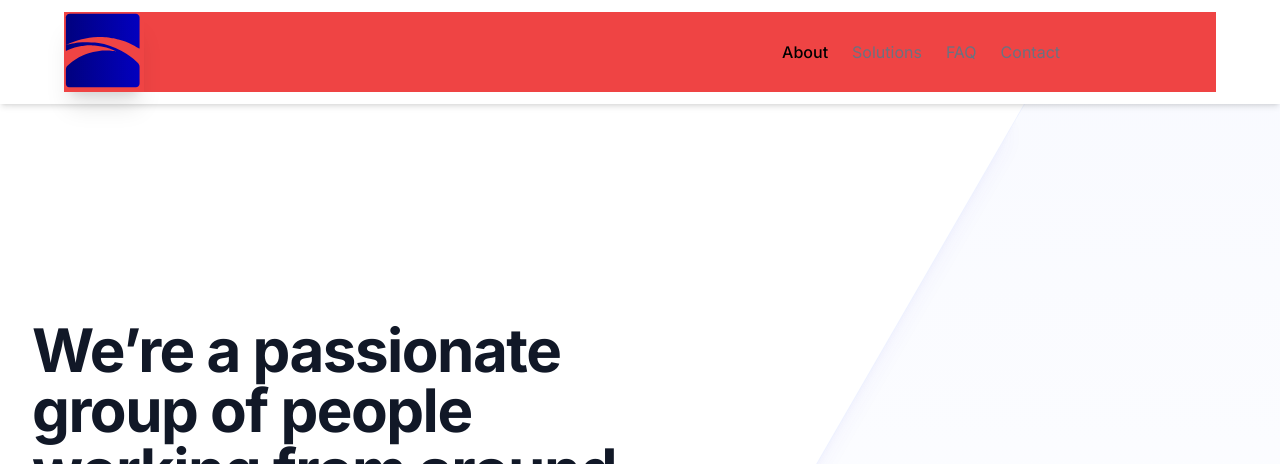
Repository: BridgeBuilderUser/bridge-builder
Page: /about
An editor plug-in stored every save of this project. The page is shown before and after the next save, followed by the edit.
The browser window is 1280 px wide. The pictures show the part of the page from y = 0 to 464 px (the page is 5177 px tall).
Pictures or frames that could not be fetched are drawn as grey boxes. The project was rebuilt for these pictures with package versions that can differ from the ones it lists, and the page was loaded fresh each time. The framework's server and built-in components were replaced by stand-ins that run in the browser. Also part of the build but not shown: next.config.js.

Above is the page before, as saved 2023-09-11 01:39:00.

### src/app/layout.tsx
import "./globals.css";
import type { Metadata } from "next";
import { Inter } from "next/font/google";
import { AppProvider } from "@/AppProvider";
import Navigation from "@/Navigation";
import Footer from "@/Footer";

const inter = Inter({ subsets: ["latin"] });

export const metadata: Metadata = {
  title: "Create Next App",
  description: "Generated by create next app",
};

export default function RootLayout({
  children,
}: {
  children: React.ReactNode;
}) {
  return (
    <html lang="en">
      <body className={inter.className}>
        <AppProvider>
          <div className="bg-white">
            <Navigation />
            {children}
            <Footer />
          </div>
        </AppProvider>
      </body>
    </html>
  );
}

### src/app/globals.css
@tailwind base;
@tailwind components;
@tailwind utilities;

:root {
  --foreground-rgb: 0, 0, 0;
  --background-start-rgb: 214, 219, 220;
  --background-end-rgb: 255, 255, 255;
}

@media (prefers-color-scheme: dark) {
  :root {
    --foreground-rgb: 255, 255, 255;
    --background-start-rgb: 0, 0, 0;
    --background-end-rgb: 0, 0, 0;
  }
}

body {
  color: rgb(var(--foreground-rgb));
  background: linear-gradient(
      to bottom,
      transparent,
      rgb(var(--background-end-rgb))
    )
    rgb(var(--background-start-rgb));
}


input {
  @apply bg-gray-300 rounded-xl p-1 text-black h-[46px] w-full;
}

.hero {
  background-color: hsl(206, 27%, 38%);
  background-blend-mode: multiply;
}

### src/app/components/AppProvider.tsx
import { ThemeProvider } from "@/store/Theme";

export function AppProvider({ children }: { children: React.ReactNode }) {
  return (
    <ThemeProvider>
      {children}
    </ThemeProvider>
  );
}

### src/app/components/Navigation.tsx
"use client";
import { Popover, Transition } from "@headlessui/react";
import { Fragment } from "react";
import { classNames } from "@/lib/functions";
import {
  ChevronDownIcon,
  Bars3Icon,
  ChatBubbleBottomCenterTextIcon,
  ChatBubbleLeftRightIcon,
  InboxIcon,
  QuestionMarkCircleIcon,
  XMarkIcon,
} from "@heroicons/react/24/outline";

import Logo from "./Logo";

import { NavLink } from "./NavLink";

export default function Navigation() {
  const links = [
    { name: "About", href: "/about" },
    {
      name: "Solutions",
      href: "/solutions",
      dropdown: [
        {
          name: "Inbox",
          description:
            "Get a better understanding of where your traffic is coming from.",
          href: "#",
          icon: InboxIcon,
        },
        {
          name: "Messaging",
          description:
            "Speak directly to your customers in a more meaningful way.",
          href: "#",
          icon: ChatBubbleBottomCenterTextIcon,
        },
        {
          name: "Live Chat",
          description: "Your customers' data will be safe and secure.",
          href: "#",
          icon: ChatBubbleLeftRightIcon,
        },
        {
          name: "Knowledge Base",
          description:
            "Connect with third-party tools that you're already using.",
          href: "#",
          icon: QuestionMarkCircleIcon,
        },
      ],
    },
    // { name: "Blog", href: "#" },
    { name: "FAQ", href: "/faq" },
    { name: "Contact", href: "/contact" },
  ];
  return (
    <header className="flex items-center justify-center p-3 sticky top-0 z-50 bg-white shadow-md w-full">
      <div className="flex w-full max-w-[90vw] bg-red-500">
        <div className="w-1/6">
          <Logo size="w-[80px]" />
        </div>
        <nav className=" w-full flex items-center justify-end">
          <ul className="flex items-center justify-end">
            {links.map((link) => (
              <li key={link.name}>
                <NavLink {...link} />
              </li>
            ))}
          </ul>
        </nav>
        <div className="w-1/6"></div>
      </div>
    </header>
  );
}

### src/app/components/Footer.tsx

import Logo from './Logo'
export default function Footer() {
    const footerNavigation = {
        solutions: [
          { name: 'Marketing', href: '#' },
          { name: 'Analytics', href: '#' },
          { name: 'Commerce', href: '#' },
          { name: 'Insights', href: '#' },
        ],
        support: [
          { name: 'Pricing', href: '#' },
          { name: 'Documentation', href: '#' },
          { name: 'Guides', href: '#' },
          { name: 'API Status', href: '#' },
        ],
        company: [
          { name: 'About', href: '#' },
          { name: 'Blog', href: '#' },
          { name: 'Jobs', href: '#' },
          { name: 'Press', href: '#' },
          { name: 'Partners', href: '#' },
        ],
        legal: [
          { name: 'Claim', href: '#' },
          { name: 'Privacy', href: '#' },
          { name: 'Terms', href: '#' },
        ],
        social: [
          {
            name: 'Facebook',
            href: '#',
            icon: (props) => (
              <svg fill="currentColor" viewBox="0 0 24 24" {...props}>
                <path
                  fillRule="evenodd"
                  d="M22 12c0-5.523-4.477-10-10-10S2 6.477 2 12c0 4.991 3.657 9.128 8.438 9.878v-6.987h-2.54V12h2.54V9.797c0-2.506 1.492-3.89 3.777-3.89 1.094 0 2.238.195 2.238.195v2.46h-1.26c-1.243 0-1.63.771-1.63 1.562V12h2.773l-.443 2.89h-2.33v6.988C18.343 21.128 22 16.991 22 12z"
                  clipRule="evenodd"
                />
              </svg>
            ),
          },
          {
            name: 'Instagram',
            href: '#',
            icon: (props) => (
              <svg fill="currentColor" viewBox="0 0 24 24" {...props}>
                <path
                  fillRule="evenodd"
                  d="M12.315 2c2.43 0 2.784.013 3.808.06 1.064.049 1.791.218 2.427.465a4.902 4.902 0 011.772 1.153 4.902 4.902 0 011.153 1.772c.247.636.416 1.363.465 2.427.048 1.067.06 1.407.06 4.123v.08c0 2.643-.012 2.987-.06 4.043-.049 1.064-.218 1.791-.465 2.427a4.902 4.902 0 01-1.153 1.772 4.902 4.902 0 01-1.772 1.153c-.636.247-1.363.416-2.427.465-1.067.048-1.407.06-4.123.06h-.08c-2.643 0-2.987-.012-4.043-.06-1.064-.049-1.791-.218-2.427-.465a4.902 4.902 0 01-1.772-1.153 4.902 4.902 0 01-1.153-1.772c-.247-.636-.416-1.363-.465-2.427-.047-1.024-.06-1.379-.06-3.808v-.63c0-2.43.013-2.784.06-3.808.049-1.064.218-1.791.465-2.427a4.902 4.902 0 011.153-1.772A4.902 4.902 0 015.45 2.525c.636-.247 1.363-.416 2.427-.465C8.901 2.013 9.256 2 11.685 2h.63zm-.081 1.802h-.468c-2.456 0-2.784.011-3.807.058-.975.045-1.504.207-1.857.344-.467.182-.8.398-1.15.748-.35.35-.566.683-.748 1.15-.137.353-.3.882-.344 1.857-.047 1.023-.058 1.351-.058 3.807v.468c0 2.456.011 2.784.058 3.807.045.975.207 1.504.344 1.857.182.466.399.8.748 1.15.35.35.683.566 1.15.748.353.137.882.3 1.857.344 1.054.048 1.37.058 4.041.058h.08c2.597 0 2.917-.01 3.96-.058.976-.045 1.505-.207 1.858-.344.466-.182.8-.398 1.15-.748.35-.35.566-.683.748-1.15.137-.353.3-.882.344-1.857.048-1.055.058-1.37.058-4.041v-.08c0-2.597-.01-2.917-.058-3.96-.045-.976-.207-1.505-.344-1.858a3.097 3.097 0 00-.748-1.15 3.098 3.098 0 00-1.15-.748c-.353-.137-.882-.3-1.857-.344-1.023-.047-1.351-.058-3.807-.058zM12 6.865a5.135 5.135 0 110 10.27 5.135 5.135 0 010-10.27zm0 1.802a3.333 3.333 0 100 6.666 3.333 3.333 0 000-6.666zm5.338-3.205a1.2 1.2 0 110 2.4 1.2 1.2 0 010-2.4z"
                  clipRule="evenodd"
                />
              </svg>
            ),
          },
          {
            name: 'Twitter',
            href: '#',
            icon: (props) => (
              <svg fill="currentColor" viewBox="0 0 24 24" {...props}>
                <path d="M8.29 20.251c7.547 0 11.675-6.253 11.675-11.675 0-.178 0-.355-.012-.53A8.348 8.348 0 0022 5.92a8.19 8.19 0 01-2.357.646 4.118 4.118 0 001.804-2.27 8.224 8.224 0 01-2.605.996 4.107 4.107 0 00-6.993 3.743 11.65 11.65 0 01-8.457-4.287 4.106 4.106 0 001.27 5.477A4.072 4.072 0 012.8 9.713v.052a4.105 4.105 0 003.292 4.022 4.095 4.095 0 01-1.853.07 4.108 4.108 0 003.834 2.85A8.233 8.233 0 012 18.407a11.616 11.616 0 006.29 1.84" />
              </svg>
            ),
          },
          {
            name: 'GitHub',
            href: '#',
            icon: (props) => (
              <svg fill="currentColor" viewBox="0 0 24 24" {...props}>
                <path
                  fillRule="evenodd"
                  d="M12 2C6.477 2 2 6.484 2 12.017c0 4.425 2.865 8.18 6.839 9.504.5.092.682-.217.682-.483 0-.237-.008-.868-.013-1.703-2.782.605-3.369-1.343-3.369-1.343-.454-1.158-1.11-1.466-1.11-1.466-.908-.62.069-.608.069-.608 1.003.07 1.531 1.032 1.531 1.032.892 1.53 2.341 1.088 2.91.832.092-.647.35-1.088.636-1.338-2.22-.253-4.555-1.113-4.555-4.951 0-1.093.39-1.988 1.029-2.688-.103-.253-.446-1.272.098-2.65 0 0 .84-.27 2.75 1.026A9.564 9.564 0 0112 6.844c.85.004 1.705.115 2.504.337 1.909-1.296 2.747-1.027 2.747-1.027.546 1.379.202 2.398.1 2.651.64.7 1.028 1.595 1.028 2.688 0 3.848-2.339 4.695-4.566 4.943.359.309.678.92.678 1.855 0 1.338-.012 2.419-.012 2.747 0 .268.18.58.688.482A10.019 10.019 0 0022 12.017C22 6.484 17.522 2 12 2z"
                  clipRule="evenodd"
                />
              </svg>
            ),
          },
          {
            name: 'Dribbble',
            href: '#',
            icon: (props) => (
              <svg fill="currentColor" viewBox="0 0 24 24" {...props}>
                <path
                  fillRule="evenodd"
                  d="M12 2C6.48 2 2 6.48 2 12s4.48 10 10 10c5.51 0 10-4.48 10-10S17.51 2 12 2zm6.605 4.61a8.502 8.502 0 011.93 5.314c-.281-.054-3.101-.629-5.943-.271-.065-.141-.12-.293-.184-.445a25.416 25.416 0 00-.564-1.236c3.145-1.28 4.577-3.124 4.761-3.362zM12 3.475c2.17 0 4.154.813 5.662 2.148-.152.216-1.443 1.941-4.48 3.08-1.399-2.57-2.95-4.675-3.189-5A8.687 8.687 0 0112 3.475zm-3.633.803a53.896 53.896 0 013.167 4.935c-3.992 1.063-7.517 1.04-7.896 1.04a8.581 8.581 0 014.729-5.975zM3.453 12.01v-.26c.37.01 4.512.065 8.775-1.215.25.477.477.965.694 1.453-.109.033-.228.065-.336.098-4.404 1.42-6.747 5.303-6.942 5.629a8.522 8.522 0 01-2.19-5.705zM12 20.547a8.482 8.482 0 01-5.239-1.8c.152-.315 1.888-3.656 6.703-5.337.022-.01.033-.01.054-.022a35.318 35.318 0 011.823 6.475 8.4 8.4 0 01-3.341.684zm4.761-1.465c-.086-.52-.542-3.015-1.659-6.084 2.679-.423 5.022.271 5.314.369a8.468 8.468 0 01-3.655 5.715z"
                  clipRule="evenodd"
                />
              </svg>
            ),
          },
        ],
      }

    return (
        <footer className="bg-gray-50" aria-labelledby="footer-heading">
        <h2 id="footer-heading" className="sr-only">
          Footer
        </h2>
        <div className="mx-auto max-w-7xl px-4 pt-16 pb-8 sm:px-6 lg:px-8 lg:pt-24">
          <div className="xl:grid xl:grid-cols-3 xl:gap-8">
            <div className="grid grid-cols-2 gap-8 xl:col-span-2">

              <div className="md:grid md:grid-cols-2 md:gap-8">

                <div>

                  <h3 className="text-base font-medium text-gray-900">Solutions</h3>
                  <ul role="list" className="mt-4 space-y-4">
                    {footerNavigation.solutions.map((item) => (
                      <li key={item.name}>
                        <a href={item.href} className="text-base text-gray-500 hover:text-gray-900">
                          {item.name}
                        </a>
                      </li>
                    ))}
                  </ul>
                </div>
                <div className="mt-12 md:mt-0">
                  <h3 className="text-base font-medium text-gray-900">Support</h3>
                  <ul role="list" className="mt-4 space-y-4">
                    {footerNavigation.support.map((item) => (
                      <li key={item.name}>
                        <a href={item.href} className="text-base text-gray-500 hover:text-gray-900">
                          {item.name}
                        </a>
                      </li>
                    ))}
                  </ul>
                </div>
              </div>
              <div className="md:grid md:grid-cols-2 md:gap-8">
                <div>
                  <h3 className="text-base font-medium text-gray-900">Company</h3>
                  <ul role="list" className="mt-4 space-y-4">
                    {footerNavigation.company.map((item) => (
                      <li key={item.name}>
                        <a href={item.href} className="text-base text-gray-500 hover:text-gray-900">
                          {item.name}
                        </a>
                      </li>
                    ))}
                  </ul>
                </div>
                <div className="mt-12 md:mt-0">
                  <h3 className="text-base font-medium text-gray-900">Legal</h3>
                  <ul role="list" className="mt-4 space-y-4">
                    {footerNavigation.legal.map((item) => (
                      <li key={item.name}>
                        <a href={item.href} className="text-base text-gray-500 hover:text-gray-900">
                          {item.name}
                        </a>
                      </li>
                    ))}
                  </ul>
                </div>
              </div>
            </div>
            <div className="mt-12 xl:mt-0">
              <h3 className="text-base font-medium text-gray-900">Subscribe to our newsletter</h3>
              <p className="mt-4 text-base text-gray-500">
                The latest news, articles, and resources, sent to your inbox weekly.
              </p>
              <form className="mt-4 sm:flex sm:max-w-md">
                <label htmlFor="email-address" className="sr-only">
                  Email address
                </label>
                <input
                  type="email"
                  name="email-address"
                  id="email-address"
                  autoComplete="email"
                  required
                  className="w-full min-w-0 appearance-none rounded-md border border-gray-300 bg-white py-2 px-4 text-base text-gray-900 placeholder-gray-500 shadow-sm focus:border-indigo-500 focus:placeholder-gray-400 focus:outline-none focus:ring-indigo-500"
                  placeholder="Enter your email"
                />
                <div className="mt-3 rounded-md sm:mt-0 sm:ml-3 sm:flex-shrink-0">
                  <button
                    type="submit"
                    className="flex w-full items-center justify-center rounded-md border border-transparent bg-gradient-to-r from-purple-600 to-indigo-600 bg-origin-border px-4 py-3 text-base font-medium text-white shadow-sm hover:from-purple-700 hover:to-indigo-700"
                  >
                    Subscribe
                  </button>
                </div>
              </form>
            </div>
          </div>
          <div className="mt-12 border-t border-gray-200 pt-8 md:flex md:items-center md:justify-between lg:mt-16">
            <div className="flex space-x-6 md:order-2">
              {footerNavigation.social.map((item) => (
                <a key={item.name} href={item.href} className="text-gray-400 hover:text-gray-500">
                  <span className="sr-only">{item.name}</span>
                  <item.icon className="h-6 w-6" aria-hidden="true" />
                </a>
              ))}
            </div>
            <p className="mt-8 text-base text-gray-400 md:order-1 md:mt-0">
              &copy; 2023 Bridge Builder, Inc. All rights reserved.
            </p>
          </div>
        </div>
      </footer>
    )
}

### src/store/Theme.tsx
"use client";
import { createContext, useReducer, useContext } from "react";

export const ThemeContext = createContext();

const themes = {
    LIGHT: "light",
    DARK: "dark",
};
// Initial state
const initialState = {
    theme: themes.LIGHT,
    companyName: "Bridge Builder",
    description: "Bridge Builder is a one-stop-shop for companies who need help building, managing & opertaing their Salesforce Database, Marketing Automation, and other business systems.",
};

// Action creators
export function setTheme(theme:string) {
  return { type: SET_THEME, theme };
}

// Action types
export const SET_THEME = "SET_THEME";

// Reducer
export function themeReducer(state, action) {
  switch (action.type) {
    case SET_THEME:
        return { ...state, theme: action.theme };
    default:
      return state;
  }
}


function ThemeProvider(props:any) {
  const [theme, dispatch] = useReducer(themeReducer, initialState);

  const ThemeData = { theme, dispatch };

    return (
        <ThemeContext.Provider value={ThemeData} {...props}>
            {props.children}
        </ThemeContext.Provider>
    );
}

function useThemeContext() {
  return useContext(ThemeContext);
}

export { ThemeProvider, useThemeContext };

### src/app/components/Logo.tsx
import Link from "next/link";
const Logo = ({ size }: any) => {
  return (
    <Link href="/">
      <svg
        xmlns="http://www.w3.org/2000/svg"
        data-name="Layer 2"
        viewBox="0 0 406 405"
        className={`${size} cursor-pointer shadow-xl hover:shadow-lg`}
      >
        <defs>
          <linearGradient
            id="a"
            x1={8.72}
            x2={383.54}
            y1={195.54}
            y2={195.54}
            gradientUnits="userSpaceOnUse"
          >
            <stop offset={0} stopColor="#00017f" />
            <stop offset={1} stopColor="#0300bf" />
          </linearGradient>
        </defs>
        <path
          d="M8.72 26.98c.38-1.03.87-2.04 1.12-3.1 2.23-9.43 9.59-15.36 19.25-15.36 111.65 0 223.29-.01 334.94 0 11.79 0 19.51 9.16 19.5 19.37-.04 52-.02 104-.02 156v1.78c-1.03.44-1.57-.41-2.22-.79-8.15-4.7-16.24-9.51-24.44-14.11-3.37-1.89-7.08-3.15-10.46-5.02-11.29-6.27-23.25-10.97-35.3-15.5-5.49-2.06-11.04-3.96-16.63-5.71-5.9-1.86-11.88-3.49-17.84-5.16-2.08-.59-4.21-1.03-6.32-1.51-6.12-1.39-12.22-2.89-18.37-4.09-4.97-.97-10.01-1.55-15.02-2.32-3.42-.53-6.82-1.17-10.24-1.65-1.72-.24-3.48-.17-5.21-.36-1.37-.15-2.72-.54-4.09-.7-2.48-.28-4.97-.51-7.46-.7-12.97-.98-25.96-1.34-38.96-1.01-14.25.36-28.45 1.41-42.55 3.49-12.86 1.9-25.65 4.17-38.28 7.32-24.84 6.18-48.81 14.73-71.91 25.75-.52.25-1 .58-1.5.87-.82.35-1.65.71-2.47 1.06l-2.25 1.02c.06.15.13.3.19.45.67-.23 1.34-.45 2.01-.68l4.17-1.29c4.54-1.04 9.05-2.19 13.62-3.09 7.18-1.42 14.37-2.75 21.59-3.96 6.47-1.08 12.96-2.13 19.47-2.84 15.73-1.7 31.52-2.46 47.35-2.16 12.16.23 24.3.92 36.38 2.4 6.09.75 12.17 1.55 18.22 2.51 19.06 3.03 37.75 7.59 56.1 13.58 20.45 6.69 40.19 15.06 59.19 25.16 30.08 16 57.55 35.65 82.34 59.05 4.4 4.15 8.11 8.65 9.62 14.56.75 2.94 1.21 6.04 1.22 9.07.09 27.92 0 55.83.08 83.75.04 11.11-8.92 19.67-19.17 19.48-.75-.01-1.5 0-2.25 0-110.39 0-220.78 0-331.18-.02-2.1 0-4.2 0-6.32-.14-1.21-.09-1.96-.73-2.88-1.12-7.25-3.01-11.34-8.45-12.14-16.3-.02-.16-.08-.32-.12-.48.04-.74.11-1.49.11-2.23v-69.31c0-.66-.05-1.33-.08-1.99.07-.58.06-1.17.21-1.73.82-3.19 1.23-6.59 2.63-9.51 1.56-3.23 3.86-6.16 6.66-8.58 1.92-1.66 3.8-3.39 5.72-5.05 21.21-18.31 44.55-33.29 70.09-44.84 9.75-4.41 19.68-8.35 29.89-11.58 15.23-4.82 30.65-8.86 46.56-10.73 4.98-.59 9.93-1.47 14.92-1.98 5.13-.52 10.28-.82 15.43-1.1 15.08-.82 30.11-.2 45.11 1.5 2.45.28 4.88.78 7.33 1.11 2.54.34 5.09.6 7.64.9l2.33.51c.04-.19.07-.37.11-.56-.83-.27-1.66-.54-2.49-.82-3.11-1.5-6.17-3.07-9.32-4.47-12.19-5.41-24.71-9.9-37.52-13.59-16.39-4.71-33.08-7.83-50.04-9.52-6.38-.64-12.78-1.17-19.18-1.35-14.65-.42-29.28-.29-43.83 1.89-4.51.67-9.08.95-13.57 1.67-11.51 1.86-22.86 4.45-34.07 7.67-14.56 4.18-28.6 9.72-42.42 15.86-.15.11-.3.21-.45.32-.33.19-.65.42-1 .55-.19.07-.44-.02-.67-.03 0-.42.02-.83.02-1.25V30.52c0-.67-.03-1.33-.05-2 .32-.83-.08-1.08-.84-1.07v-.5Z"
          data-name="Layer 1"
          style={{
            fill: "url(#a)",
            filter: "url(#drop-shadow-1)",
          }}
        />
      </svg>
    </Link>
  );
};

export default Logo;

### src/app/components/NavLink.tsx
"use client";
import { motion } from "framer-motion";
import Link from "next/link";
import { classNames } from "@/lib/functions";
import { PopOver } from "./PopOver";
import { useCurrentUrl } from "@/hooks/useCurrentUrl";

interface NavLinkProps {
  name: string;
  href: string;
  current?: boolean;
  dropdown?: any;
}

export function NavLink({ ...link }: NavLinkProps) {
    const isCurrent = useCurrentUrl(link.href);
  const linkElement = (
    <motion.div
      whileHover={{ scale: 1.1 }}
      whileTap={{ scale: 0.9 }}
      className="nav-link"
    >
      <Link
        href={link.href}
        className={classNames(
          "block px-3 py-2",
            isCurrent
            ? "font-medium text-black"
            : "text-gray-500",
        )}
        aria-current={link.current ? "page" : undefined}
      >
        {link.name}
      </Link>
    </motion.div>
  );


  return <>{linkElement}</>;
}

### src/lib/functions.ts
export function classNames(...classes) {
    return classes.filter(Boolean).join(" ");
  }

### src/hooks/useCurrentUrl.ts
"use client"
import { usePathname } from 'next/navigation'
export const useCurrentUrl = (link:string) => {

    const pathname = usePathname()

    return pathname === link
}

Loaded but not shown: tailwind.config.ts (common file); src/app/about/page.tsx (341 lines, source omitted)

After the next save:
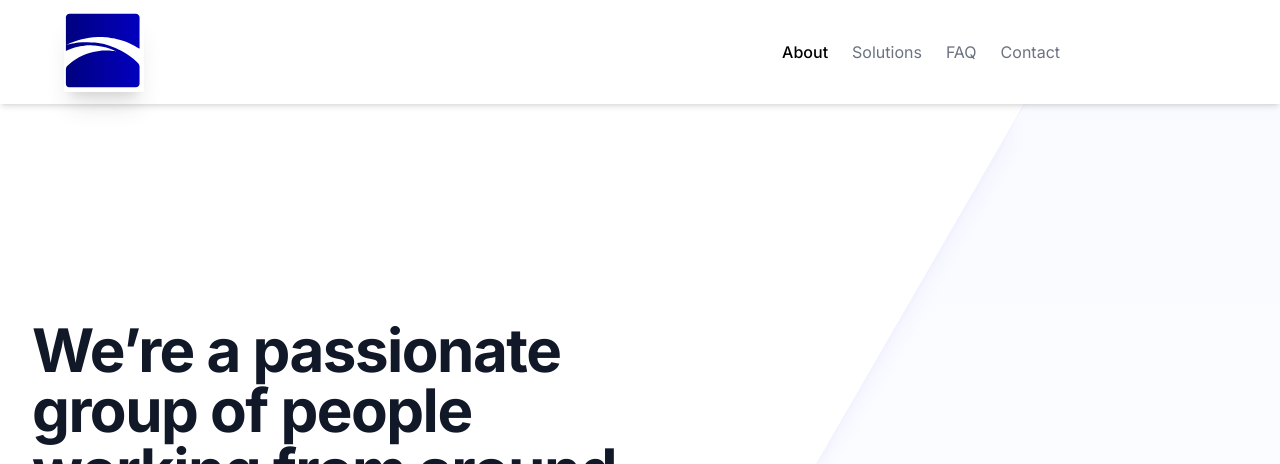
Saved 6 s later.
--- a/src/app/components/Navigation.tsx
+++ b/src/app/components/Navigation.tsx
@@ -58,7 +58,7 @@ export default function Navigation() {
   ];
   return (
     <header className="flex items-center justify-center p-3 sticky top-0 z-50 bg-white shadow-md w-full">
-      <div className="flex w-full max-w-[90vw] bg-red-500">
+      <div className="flex w-full max-w-[90vw]">
         <div className="w-1/6">
           <Logo size="w-[80px]" />
         </div>
